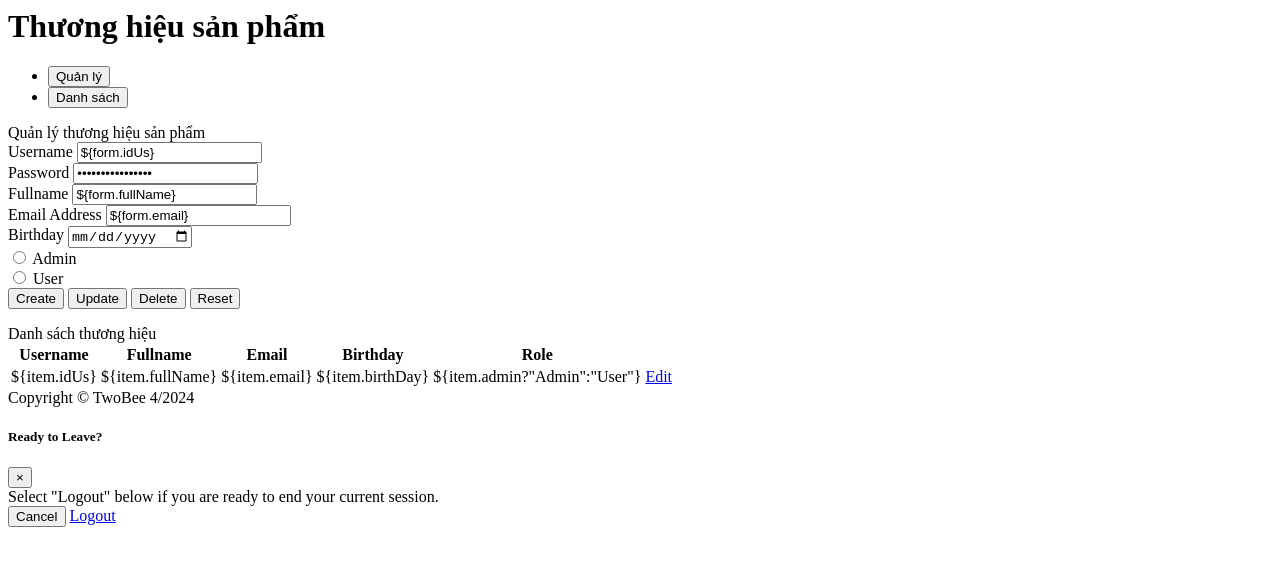
Repository: tuandh111/Java-6-asm
Page: Front-end/Java6_asm_/templates/admin/brands.html
An editor plug-in stored every save of this project. The page is shown before and after the next save, followed by the edit.
The browser window is 1280 px wide. The pictures show the whole page.

Above is the page before, as saved 2024-03-31 10:53:55.

### Front-end/Java6_asm_/templates/admin/brands.html
<!-- Page Wrapper -->
<div id="wrapper">

    <!-- Sidebar -->
    <ul class="navbar-nav bg-gradient-primary sidebar sidebar-dark accordion" id="accordionSidebar"
        ng-include="'component/admin/sidebar.html'">
    </ul>
    <!-- End of Sidebar -->

    <!-- Content Wrapper -->
    <div id="content-wrapper" class="d-flex flex-column">

        <!-- Main Content -->
        <div id="content">

            <!-- Topbar -->
            <nav class="navbar navbar-expand navbar-light bg-white topbar mb-4 static-top shadow"
                ng-include="'component/admin/content-nav.html'">
            </nav>
            <!-- End of Topbar -->

            <!-- Begin Page Content -->
            <div class="container-fluid">

                <!-- Page Heading -->
                <div class="d-sm-flex align-items-center justify-content-between mb-4">
                    <h1 class="h3 mb-0 text-gray-800">Thương hiệu sản phẩm</h1>
                </div>

                <div class="row mt-5">
                    <ul class="nav nav-tabs" id="manageBrands" role="tablist">
                        <li class="nav-item" role="presentation">
                            <button class="nav-link active" id="form-tab" data-bs-toggle="tab"
                                data-bs-target="#form-tab-pane-manage-brands" type="button" role="tab"
                                aria-controls="form-tab-pane-manage-brands" aria-selected="true">
                                <i class="bi bi-pencil-square"></i> Quản lý
                            </button>
                        </li>
                        <li class="nav-item" role="presentation">
                            <button class="nav-link" id="list-tab" data-bs-toggle="tab" data-bs-target="#list-tab-pane"
                                role="tab" aria-controls="list-tab-pane" aria-selected="false">
                                <i class="bi bi-list-check"></i> Danh sách
                            </button>
                        </li>
                    </ul>
                    <div class="tab-content" id="manageBrandsTabContent">
                        <div class="tab-pane fade show active" id="form-tab-pane-manage-brands" role="tabpanel"
                            aria-labelledby="form-tab" tabindex="0">
                            <div class="card">
                                <div class="card-header align-items-center text-center text-white bg-gradient-primary">
                                    Quản lý thương hiệu sản phẩm
                                </div>
                                <div class="card-body text-center">
                                    <c:url var="url" value="/admin"></c:url>
                                    <form action="${url}/editor-user">
                                        <div class="row">
                                            <div class="col-lg-6">
                                                <div class="form-outline mb-3">
                                                    <label class="form-label"
                                                        for="manageBrandsModalUsername">Username</label>
                                                    <input type="text" id="manageBrandsModalUsername" name="idUs"
                                                        value="${form.idUs}" class="form-control" required>
                                                </div>
                                            </div>
                                            <div class="col-lg-6">
                                                <div class="form-outline mb-4">
                                                    <label class="form-label"
                                                        for="manageBrandsModalPass">Password</label>
                                                    <input type="password" id="manageBrandsModalPass"
                                                        class="form-control" name="passWord" value="${form.passWord}"
                                                        required>
                                                </div>
                                            </div>
                                            <div class="col-lg-6">
                                                <div class="form-outline mb-4">
                                                    <label class="form-label"
                                                        for="manageBrandsModalFullname">Fullname</label>
                                                    <input type="text" id="manageBrandsModalFullname" name="fullName"
                                                        value="${form.fullName}" class="form-control" required>
                                                </div>
                                            </div>
                                            <div class="col-lg-6">
                                                <div class="form-outline mb-4">
                                                    <label class="form-label" for="manageBrandsModalEmail">Email
                                                        Address</label> <input type="email" id="manageBrandsModalEmail"
                                                        class="form-control" name="email" value="${form.email}"
                                                        required>
                                                </div>
                                            </div>

                                            <div class="form-outline mb-4">
                                                <label class="form-label" for="manageBrandsModalEmail">Birthday</label>
                                                <input type="date" id="registerModalDate" class="form-control"
                                                    name="birthDay" value="${form.birthDay}" required>
                                            </div>

                                            <div class="col-lg-12 d-flex flex-row justify-content-center">
                                                <div class="form-check m-4">
                                                    <input class="form-check-input" type="radio" name="admin"
                                                        value="true" id="flexCheckDefaultAdmin"
                                                        ${form.admin?'checked':''}> <label class="form-check-label"
                                                        for="flexCheckDefaultAdmin">
                                                        Admin </label>
                                                </div>
                                                <div class="form-check m-4">
                                                    <input class="form-check-input" type="radio" name="admin"
                                                        value="false" id="flexCheckDefaultUser"
                                                        ${form.admin?'':'checked'}> <label class="form-check-label"
                                                        for="flexCheckDefaultUser">
                                                        User </label>
                                                </div>
                                            </div>
                                        </div>
                                        <div class="d-flex justify-content-end">
                                            <button formaction="${url}/create"
                                                class="btn btn-primary m-2">Create</button>
                                            <button formaction="${url}/update"
                                                class="btn btn-primary m-2">Update</button>
                                            <button formaction="${url}/delete"
                                                class="btn btn-primary m-2">Delete</button>
                                            <button formaction="${url}/editor-user"
                                                class="btn btn-primary m-2">Reset</button>
                                        </div>
                                    </form>
                                </div>
                            </div>
                        </div>
                        <div class="tab-pane fade" id="list-tab-pane" role="tabpanel" aria-labelledby="list-tab"
                            tabindex="0">
                            <div class="card">
                                <div class="card-header align-items-center text-center text-white bg-gradient-primary">
                                    Danh sách thương hiệu</div>
                                <div class="table-responsive">
                                    <table class="table table-striped table-hover">
                                        <thead>
                                            <tr>
                                                <th>Username</th>
                                                <th>Fullname</th>
                                                <th>Email</th>
                                                <th>Birthday</th>
                                                <th>Role</th>
                                                <th></th>
                                            </tr>
                                        </thead>
                                        <tbody>
                                            <c:forEach var="item" items="${listUs}">
                                                <tr>
                                                    <td>${item.idUs}</td>
                                                    <td>${item.fullName}</td>
                                                    <td>${item.email}</td>
                                                    <td>${item.birthDay}</td>
                                                    <td>${item.admin?"Admin":"User"}</td>
                                                    <td><a href="${url}/edit/${item.idUs}" class="text-info"> Edit </a>
                                                    </td>
                                                </tr>
                                            </c:forEach>

                                        </tbody>
                                    </table>

                                </div>
                            </div>
                        </div>
                    </div>
                </div>

            </div>
            <!-- /.container-fluid -->

        </div>
        <!-- End of Main Content -->

        <!-- Footer -->
        <footer class="sticky-footer bg-white">
            <div class="container my-auto">
                <div class="copyright text-center my-auto">
                    <span>Copyright &copy; TwoBee 4/2024</span>
                </div>
            </div>
        </footer>
        <!-- End of Footer -->

    </div>
    <!-- End of Content Wrapper -->

</div>
<!-- End of Page Wrapper -->

<!-- Scroll to Top Button-->
<a class="scroll-to-top rounded" href="#page-top">
    <i class="fas fa-angle-up"></i>
</a>

<!-- Logout Modal-->
<div class="modal fade" id="logoutModal" tabindex="-1" role="dialog" aria-labelledby="exampleModalLabel"
    aria-hidden="true">
    <div class="modal-dialog" role="document">
        <div class="modal-content">
            <div class="modal-header">
                <h5 class="modal-title" id="exampleModalLabel">Ready to Leave?</h5>
                <button class="close" type="button" data-dismiss="modal" aria-label="Close">
                    <span aria-hidden="true">×</span>
                </button>
            </div>
            <div class="modal-body">Select "Logout" below if you are ready to end your current session.</div>
            <div class="modal-footer">
                <button class="btn btn-secondary" type="button" data-dismiss="modal">Cancel</button>
                <a class="btn btn-primary" href="login.html">Logout</a>
            </div>
        </div>
    </div>
</div>

<!-- Bootstrap core JavaScript-->
<script src="../../assets/admin/js/vendor/jquery/jquery.min.js"></script>
<script src="../../assets/admin/js/vendor/bootstrap/js/bootstrap.bundle.min.js"></script>

<!-- Core plugin JavaScript-->
<script src="../../assets/admin/js/vendor/jquery-easing/jquery.easing.min.js"></script>

<!-- Custom scripts for all pages-->
<script src="../../assets/admin/js/sb-admin-2.min.js"></script>

Loaded but not shown: Front-end/Java6_asm_/assets/admin/js/vendor/jquery/jquery.min.js (library); Front-end/Java6_asm_/assets/admin/js/vendor/bootstrap/js/bootstrap.bundle.min.js (library); Front-end/Java6_asm_/assets/admin/js/vendor/jquery-easing/jquery.easing.min.js (common file); Front-end/Java6_asm_/assets/admin/js/sb-admin-2.min.js (common file)

After the next save:
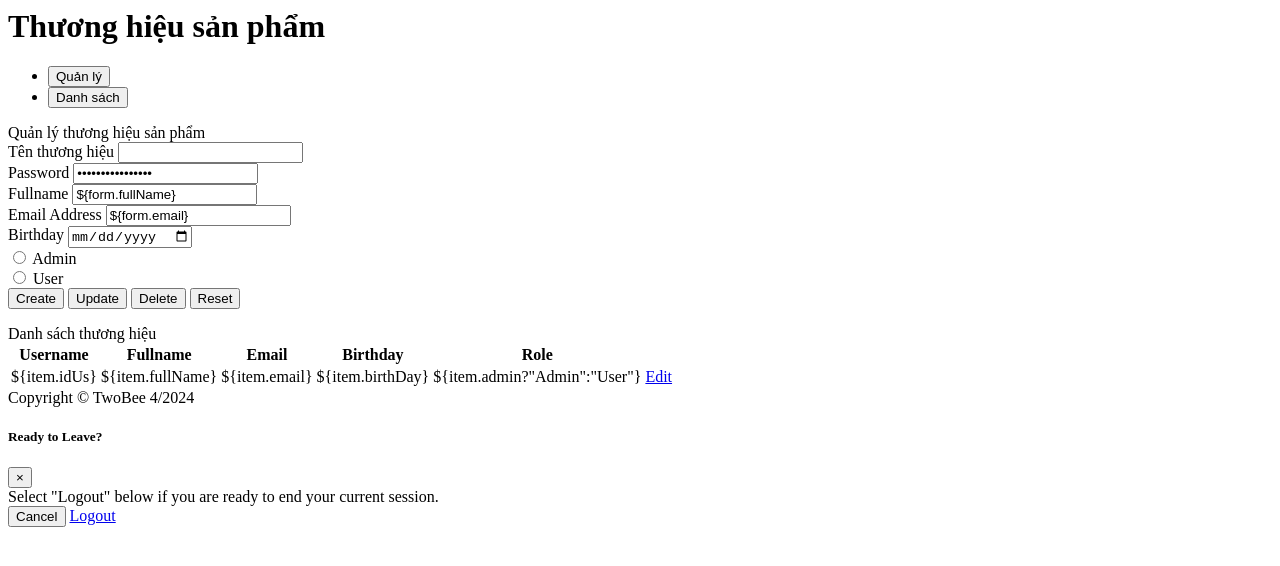
Saved 2 min 30 s later.
--- a/Front-end/Java6_asm_/templates/admin/brands.html
+++ b/Front-end/Java6_asm_/templates/admin/brands.html
@@ -52,14 +52,14 @@
                                 </div>
                                 <div class="card-body text-center">
                                     <c:url var="url" value="/admin"></c:url>
-                                    <form action="${url}/editor-user">
+                                    <form action="#">
                                         <div class="row">
                                             <div class="col-lg-6">
                                                 <div class="form-outline mb-3">
-                                                    <label class="form-label"
-                                                        for="manageBrandsModalUsername">Username</label>
-                                                    <input type="text" id="manageBrandsModalUsername" name="idUs"
-                                                        value="${form.idUs}" class="form-control" required>
+                                                    <label class="form-label" for="manageBrandsModalBrands">Tên thương
+                                                        hiệu</label>
+                                                    <input type="text" id="manageBrandsModalBrands" ng-model="nameBrand"
+                                                        ng-value="" class="form-control" required>
                                                 </div>
                                             </div>
                                             <div class="col-lg-6">
